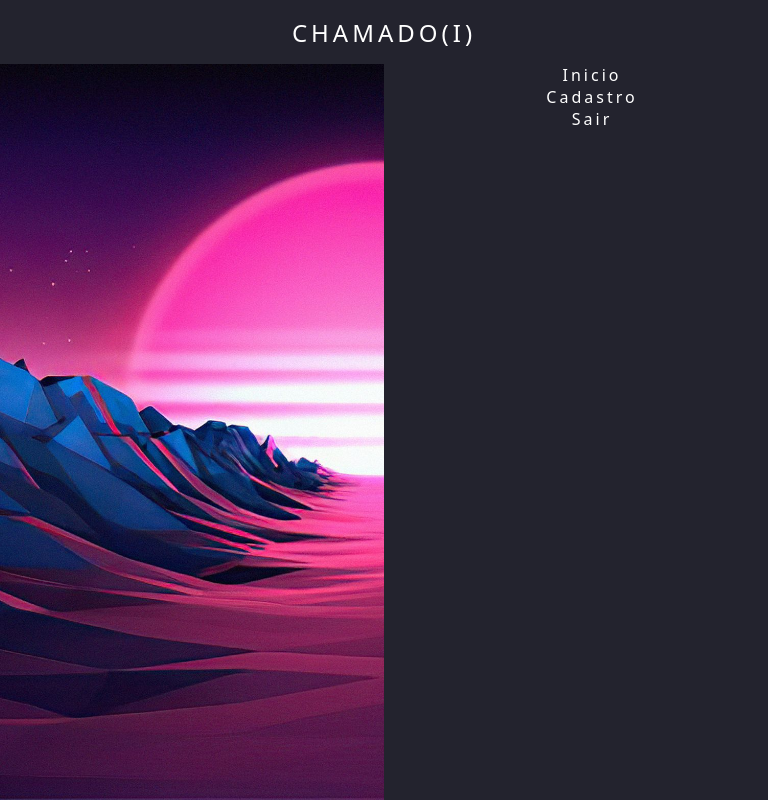
Repository: isaquemc2001/isaque-utilities
Page: index.html
An editor plug-in stored every save of this project. The page is shown before and after the next save, followed by the edit.
The browser window is 768 px wide. The pictures show the whole page.

Above is the page before, as saved 2021-10-28 09:21:51.

### index.html
<!DOCTYPE html>
<html lang="pt-br">

<head>
    <meta charset="UTF-8">
    <meta http-equiv="X-UA-Compatible" content="IE=edge">
    <meta name="viewport" content="width=device-width, initial-scale=1.0">
    <title>Chamado</title>

    <link rel="stylesheet" href="style.css">
</head>

<body>

    <header>
        <nav>
            <a class="logo" href="#">Chamado(i)</a>
            <div class="mobile-menu">
                <div class="line1"></div>
                <div class="line2"></div>
                <div class="line3"></div>
            </div>
            <ul class="nav-list">
                <li><a href="#">Inicio</a></li>
                <li><a href="#">Cadastro</a></li>
                <li><a href="#">Sair</a></li>
            </ul>
        </nav>
    </header>

    <main></main>

</body>

</html>

### style.css
*{
    margin: 0;
    padding: 0;
}

a {
    color: white;
    text-decoration: none;
    transition: 0.3s;
}

a:hover{
    opacity: 0.7;
}

.logo{
    font-size: 24px;
    text-transform: uppercase;
    letter-spacing: 4px;
}

nav{
    display: flex;
    justify-content: space-around;
    align-items: center;
    font-family: system-ui, -apple-system, Helvetica, Arial, sans-serif;
    background: #23232e;
    height: 8vh;
}

main{
    background: url("bg.jpg") no-repeat center center;
    background-size: cover;
    height: 92vh;
}

.nav-list{
    list-style: none;
    display: flex;
}

.nav-list li{
    letter-spacing: 3px;
    margin-left: 32px;
}

.mobile-menu {
    display: none;
    cursor: pointer;
}

.mobile-menu div {
    width: 32px;
    height: 2px;
    background: #fff;
    margin: 8px;
}

@media (max-width: 999px) {
    .nav-list {
        position: absolute;
        top: 8vh;
        right: 0;
        width: 50vw;
        height: 92vh;
        background: #23232e;
        flex-direction: column;
        align-items: center;
    }
    .nav-list li{
        letter-spacing: 3px;
        margin-left: 32px;
    }
}

After the next save:
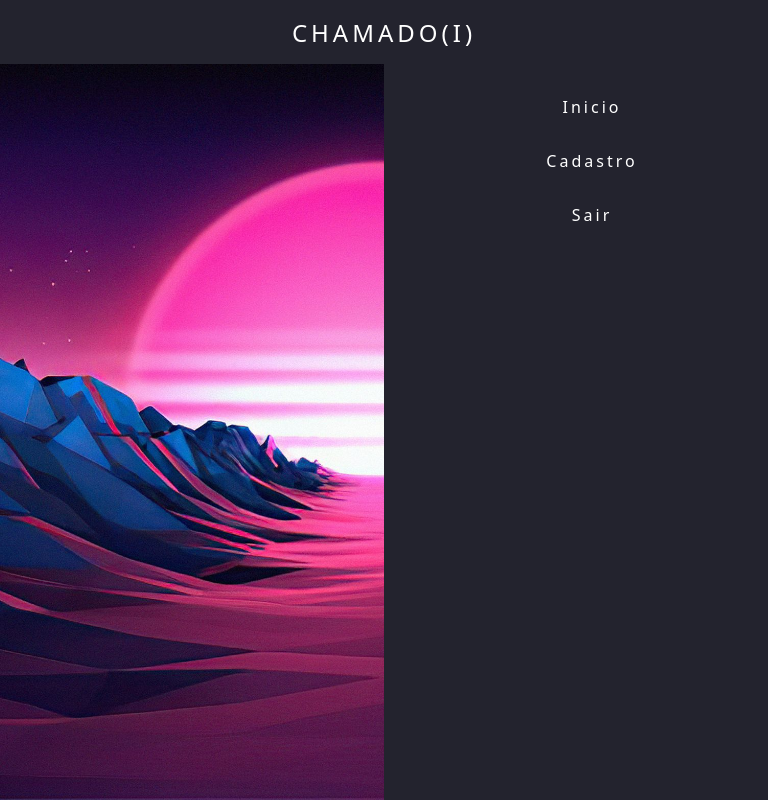
Saved 13 s later.
--- a/style.css
+++ b/style.css
@@ -69,6 +69,6 @@ main{
     }
     .nav-list li{
         letter-spacing: 3px;
-        margin-left: 32px;
+        margin-top: 32px;
     }
 }
